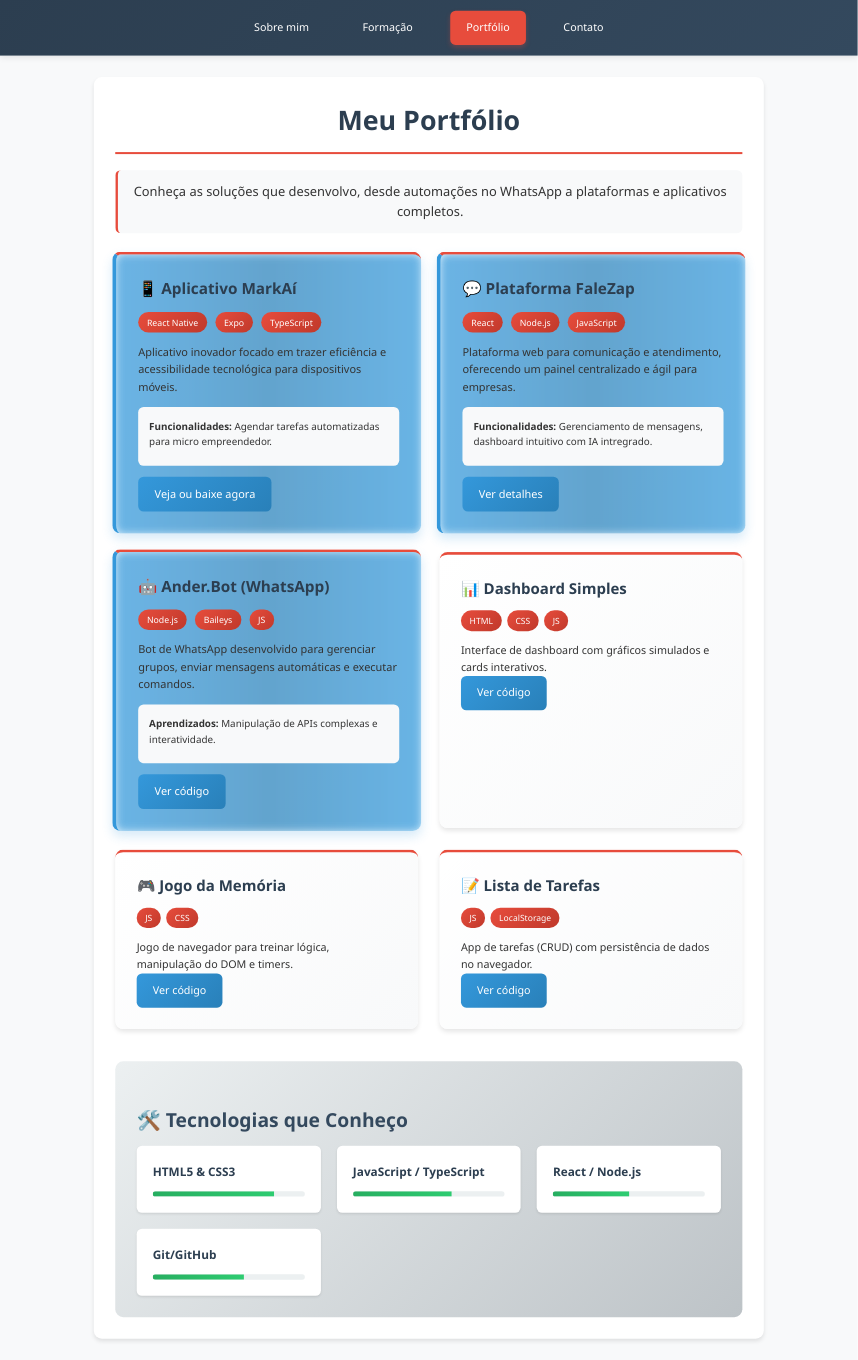
Repository: AnderHonorato/meu-portfolio
Page: portfolio.html
These files come from the project's save history. The page is drawn as it stood at one moment and after the next save; the edit follows.
The browser window is 1280 px wide. The pictures show the whole page, at 67% of full size.

Above is the page before, as saved 2026-02-24 20:31:53.

After the next save:
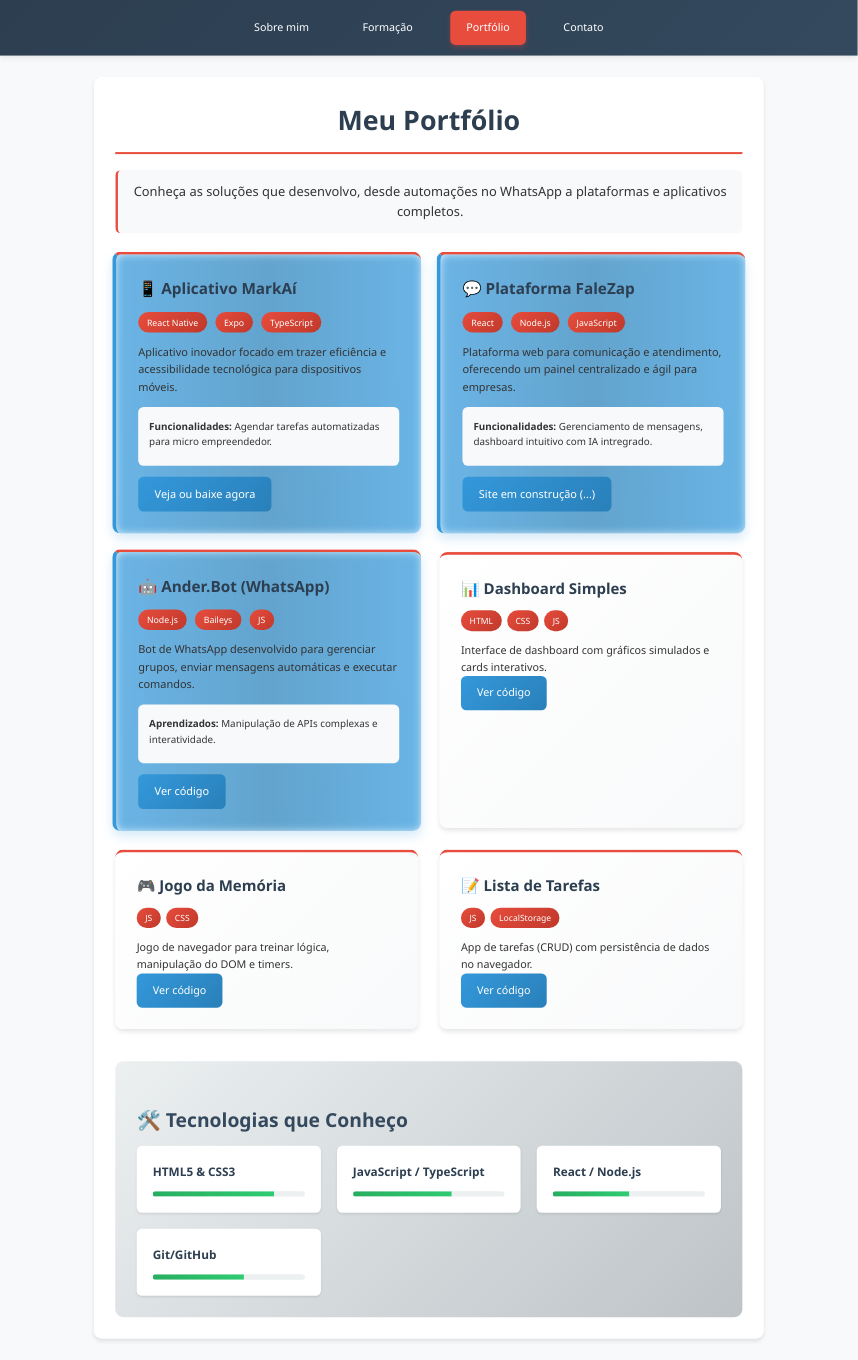
Saved 22 s later.
--- a/portfolio.html
+++ b/portfolio.html
@@ -48,7 +48,7 @@
                 <div class="projeto-detalhes">
                     <p><strong>Funcionalidades:</strong> Gerenciamento de mensagens, dashboard intuitivo com IA intregrado.</p>
                 </div>
-                <a href="#" class="btn-projeto">Ver detalhes</a>
+                <a href="#" class="btn-projeto">Site em construção (...)</a>
             </div>
 
             <div class="projeto-item destaque">
